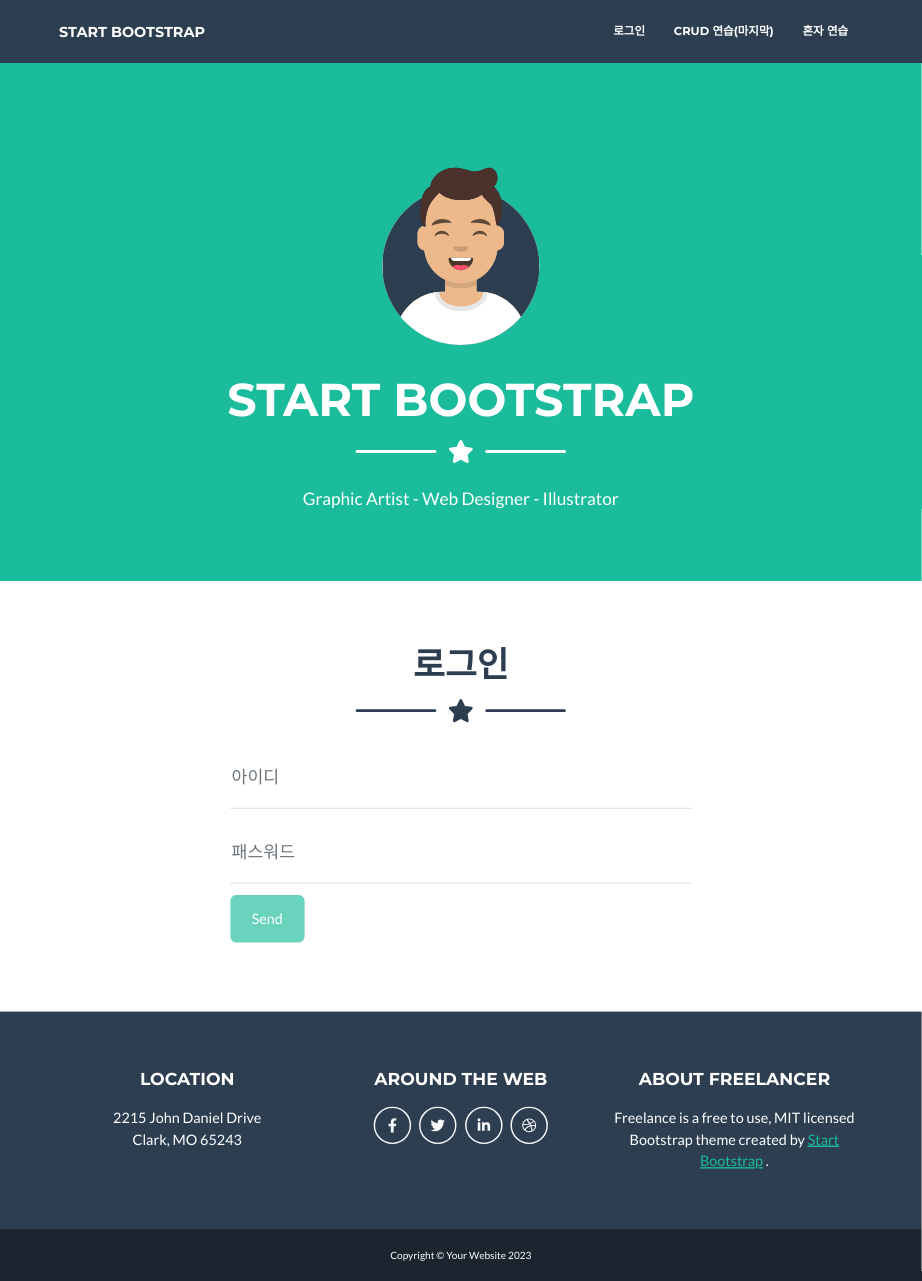
Repository: kvmhyvmvn/Study_JspServlet
Page: http://localhost/06.Last/member/login.jsp
The author's editor kept a copy of each file at every save. The page is drawn from the files as they stood at one save, then again after the next save.
The browser window is 1280 px wide. The pictures show the whole page, at 72% of full size.
Some web libraries are served in a nearby version. The page is served by Tomcat 9.

Above is the page before, as saved 2023-05-26 01:53:10.

After the next save:
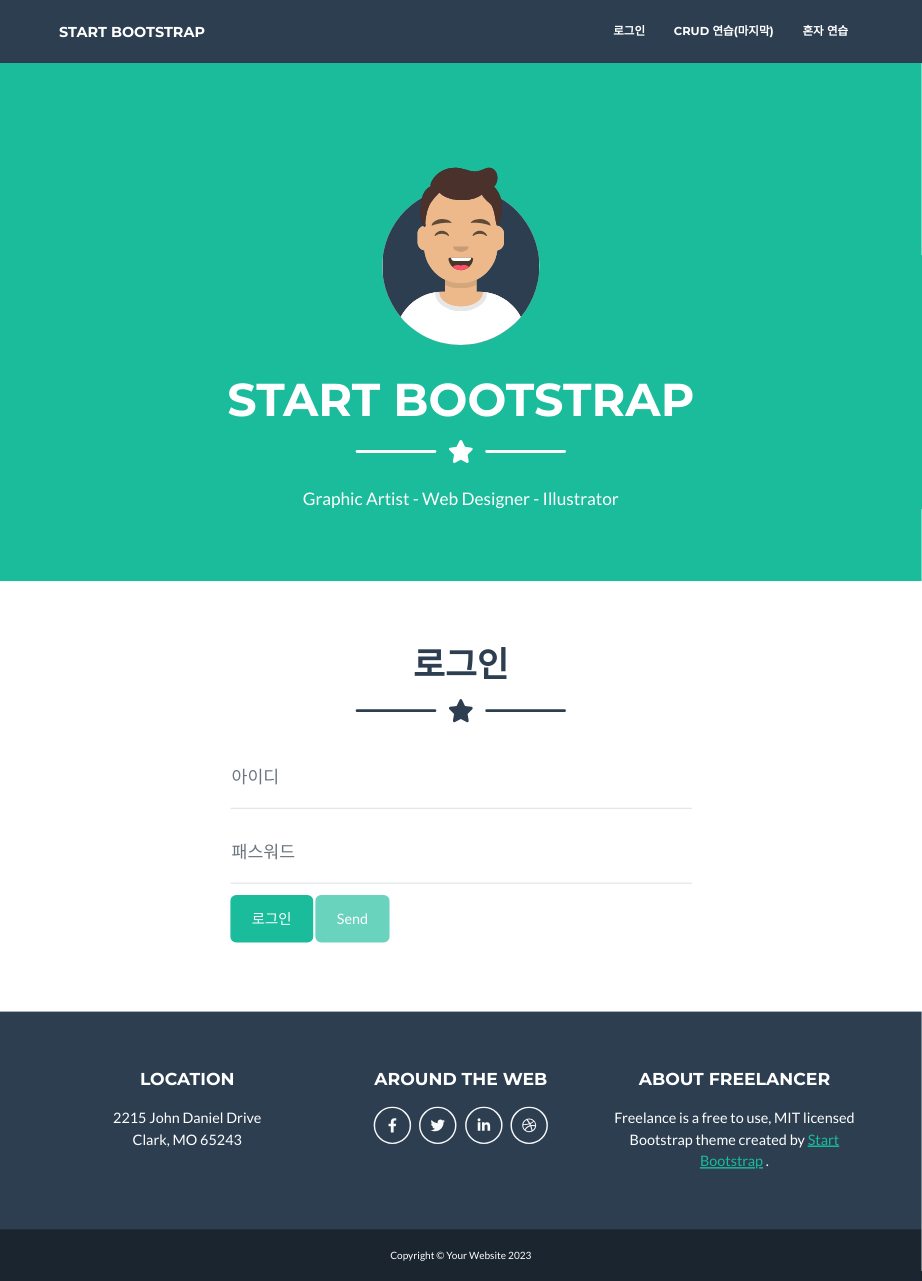
Saved 2 min 8 s later.
--- a/WorkSpace/06.Last/src/main/webapp/member/login.jsp
+++ b/WorkSpace/06.Last/src/main/webapp/member/login.jsp
@@ -40,7 +40,7 @@
                                 <label for="email">패스워드</label>
                                 <div class="invalid-feedback" data-sb-feedback="email:required">패스워드 필수입력</div>
                             </div>
-
+                  			<a class="btn btn-primary btn-xl">로그인</a>
                             <!-- Submit success message-->
                             <!---->
                             <!-- This is what your users will see when the form-->
